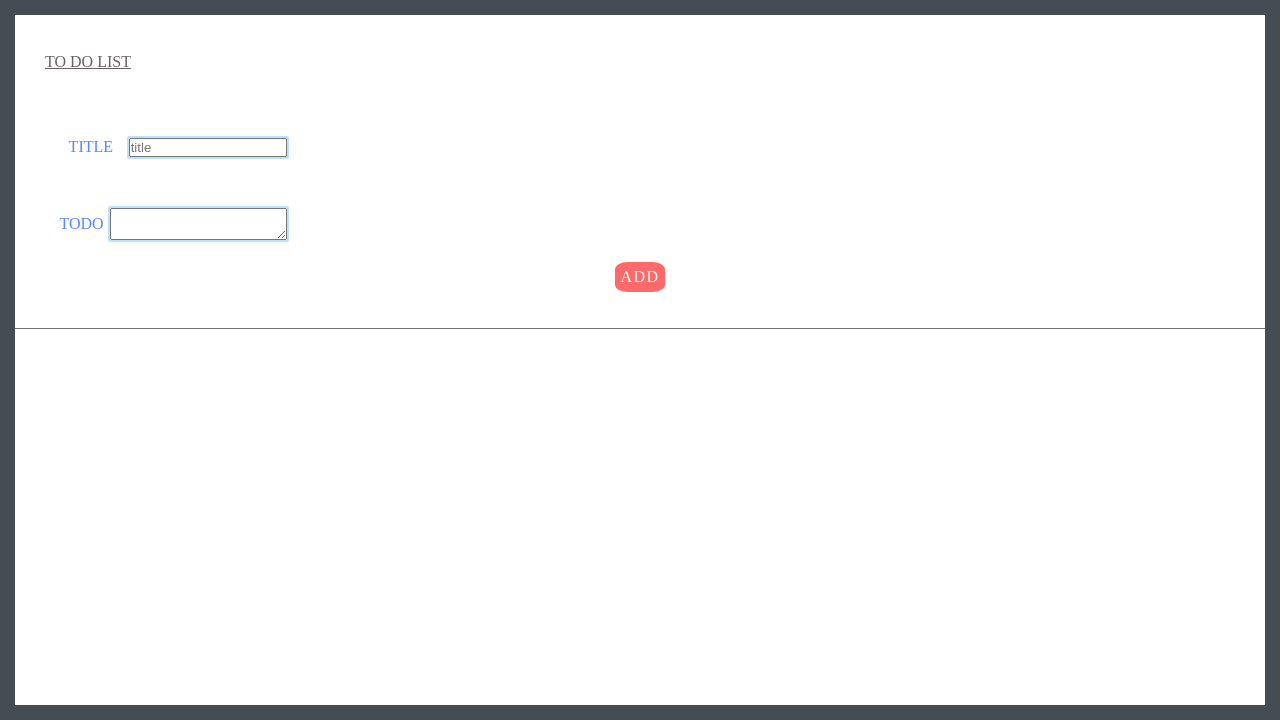
Repository: NagataRyuji0630/shinjin-otameshi
Page: todo_white_board.html
These files come from the project's save history. The page is drawn as it stood at one moment and after the next save; the edit follows.
The browser window is 1280 px wide. The pictures show the whole page.

Above is the page before, as saved 2020-06-11 23:06:22.
Not found: todoWhiteBoard.js

### todo_white_board.html
<!DOCTYPE html>
<html lang="ja">

<head>
    <meta charset="UTF-8">
    <meta name="viewport" content="width=device-width, initial-scale=1.0">
    <meta http-equiv="X-UA-Compatible" content="ie=edge">
    <link rel="stylesheet" href="./todo_white_board.css">
    <script src="./constants.js"></script>
    <script src="./domAction.js"></script>
    <script src="./todoWhiteBoard.js"></script>
    <title>Todo White Board</title>
</head>

<body>
    <div class="white_board display_flex_justify direction_colum">

        <div id="board_title_container" class="display_flex_align">
            <div id="board_title">TO DO LIST</div>
        </div>

        <div id="form_container" class="display_flex_justify direction_colum">

            <div class="input_content display_flex_all direction_row">
                <div class="input_title display_flex_all">TITLE</div>
                <div class="blue_form display_flex_all">
                    <input id="todo_title" type="text" placeholder="title" />
                </div>
            </div>

            <div class="input_content display_flex_all direction_row">
                <div class="input_title display_flex_all">TODO</div>
                <div class="blue_form display_flex_all">
                    <textarea id="todo_detail"></textarea>
                </div>

            </div>

            <div id="btn_container" class="display_flex_justify">
                <div class="btn red_btn display_flex_all">
                    <div class="btn_text">ADD</div>
                </div>
            </div>
        </div>

        <div id="todo_list_container"></div>
    </div>
</body>

</html>

### todo_white_board.css
* {
    margin: 0px;
    padding: 0px;
    box-sizing: border-box;
}

body, html {
    width: 100%;
    height: 100%;
    font-size: 16px;
    overflow-x: hidden;
}

.display_flex_all {
    display: flex;
    justify-content: center;
    align-items: center;
}

.display_flex_justify {
    display: flex;
    justify-content: center;
}

.display_flex_align {
    display: flex;
    align-items: center;
}

.direction_colum {
    flex-direction: column;
}

.direction_row {
    flex-direction: row;
}

.white_board {
    width: 100%;
    height: 100%;
    border: 15px solid #454D53;
}

#board_title_container {
    width: auto;
    height: 15%;
    padding-left: 30px;
}

#board_title {
    text-align: center;
    text-decoration: underline;
    font: Bold 50px;
    letter-spacing: 0px;
    color: #696060;
}

#form_container {
    width: 100%;
    height: 35%;
    padding: 0px 40px;
    border-bottom: 1px solid #707070;
}

.input_content {
    width: 20%;
    height: 35%;
}

.input_title {
    width: 35%;
    height: 100%;
    text-align: center;
    font: Bold 20px;
    letter-spacing: 0px;
    color: #5887F9;
}

.blue_form {
    background: #F1F9FF 0% 0% no-repeat padding-box;
    border: 2px solid #BCE0FD;
    border-radius: 2px;
}

#todo_title {
    text-align: left;
    width: 100%;
    height: 100%;
}

#todo_detail {
    text-align: left;
    font: Bold 20px;
    letter-spacing: 0px;
    color: #5887F9;
}

#btn_container {
    width: 100%;
    height: 30%;
}

.btn {
    width: 50px;
    height: 30px;
    border-radius: 25%;
}

.red_btn {
    background-color: #FF6969;
}

.btn_text {
    text-align: center;
    font: Bold 24px;
    letter-spacing: 1.44px;
    color: #FFFFFF;
}

#todo_list_container {
    width: 100%;
    height: 60%;
}

Loaded but not shown: constants.js (no stored copy; drawn as an empty file); domAction.js (no stored copy; drawn as an empty file)

After the next save:
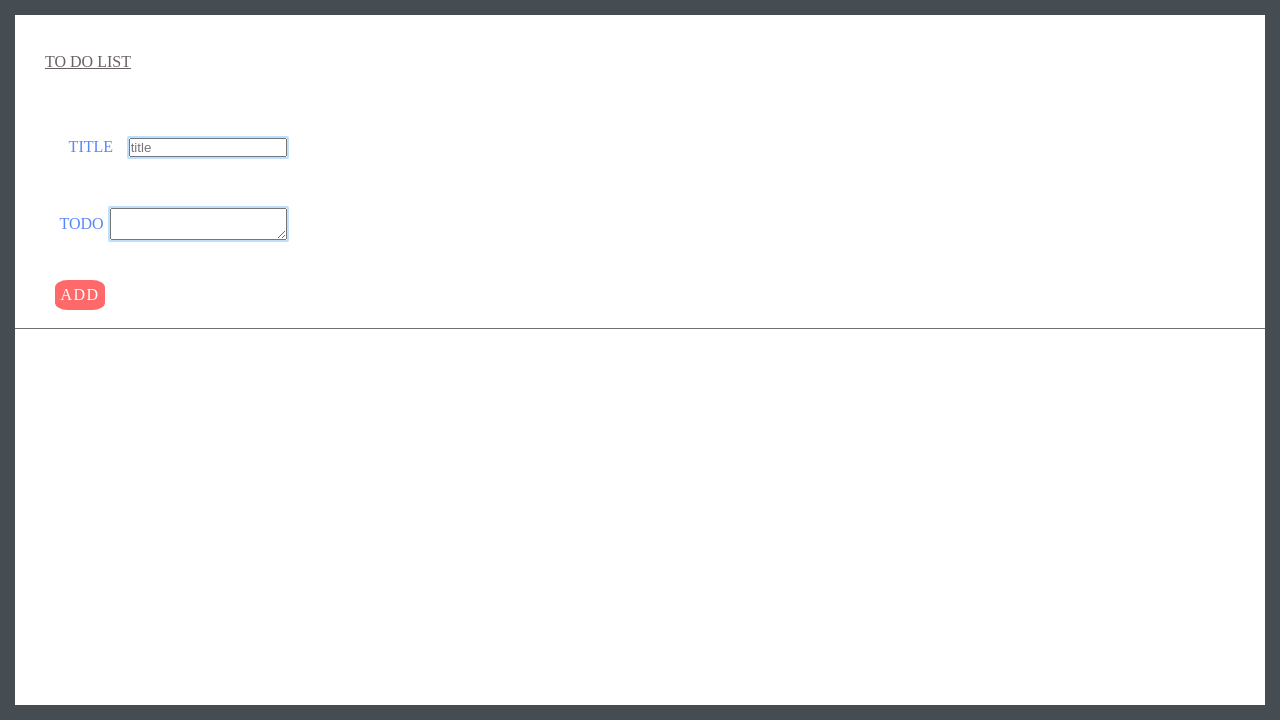
Saved 6 s later.
--- a/todo_white_board.html
+++ b/todo_white_board.html
@@ -36,7 +36,7 @@
 
             </div>
 
-            <div id="btn_container" class="display_flex_justify">
+            <div id="btn_container" class="display_flex_align">
                 <div class="btn red_btn display_flex_all">
                     <div class="btn_text">ADD</div>
                 </div>
